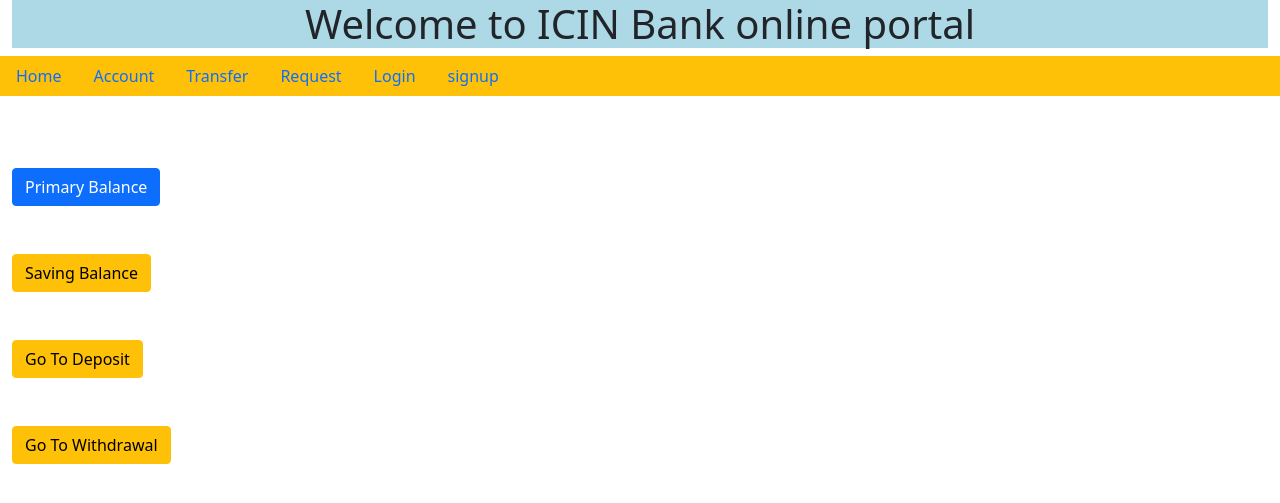
Repository: jha6435/phase3Revision
Page: http://localhost/IcinHome
An editor plug-in stored every save of this project. The page is shown before and after the next save, followed by the edit.
The browser window is 1280 px wide. The pictures show the whole page.
The page is this project's Thymeleaf template; nobody is signed in. The template is opened directly, without the code that normally fills it, so the values that code supplies are empty.

Above is the page before, as saved 2023-07-06 10:05:34.

After the next save:
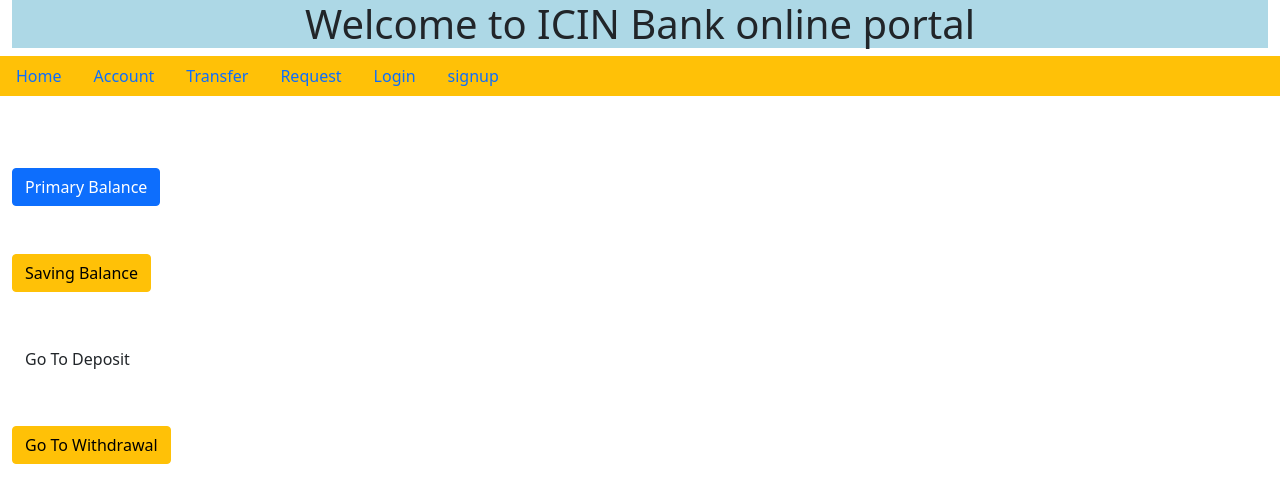
Saved 33 s later.
--- a/ICIN_Banking_Project/src/main/resources/templates/IcinHome.html
+++ b/ICIN_Banking_Project/src/main/resources/templates/IcinHome.html
@@ -45,7 +45,7 @@
      <br>
     <br>
     <br>
-    <button class="btn btn-warning"type="button">Go To Deposit </button>
+    <button class="btn btn-sucess"type="button">Go To Deposit </button>
      <br>
     <br>
     <br>
